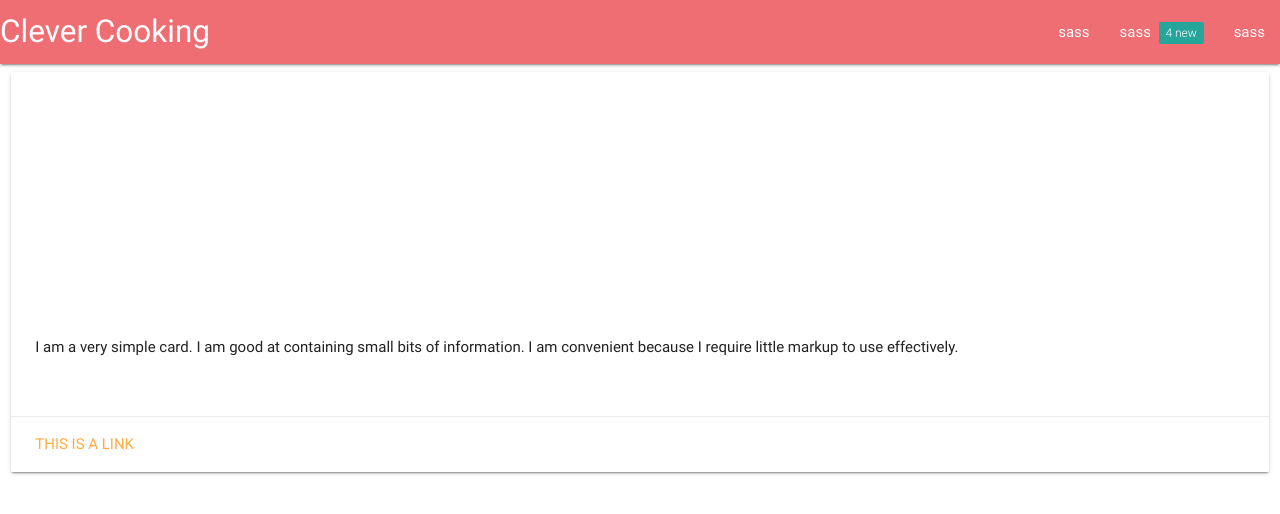
Repository: Code-Institute-Submissions/online-recipe-cookbook
Page: templates/show_recipe.html
The author's editor kept a record of every edit. The page is drawn from the files as they stood at one moment, then again after the next edit.
The browser window is 1280 px wide. The pictures show the whole page.
Some web libraries are served in a nearby version. The page is served by the project's application, run on Flask 3 (app.py). The template is opened directly, without the code that normally fills it, so the values that code supplies are empty.

Above is the page before.

After the next edit:
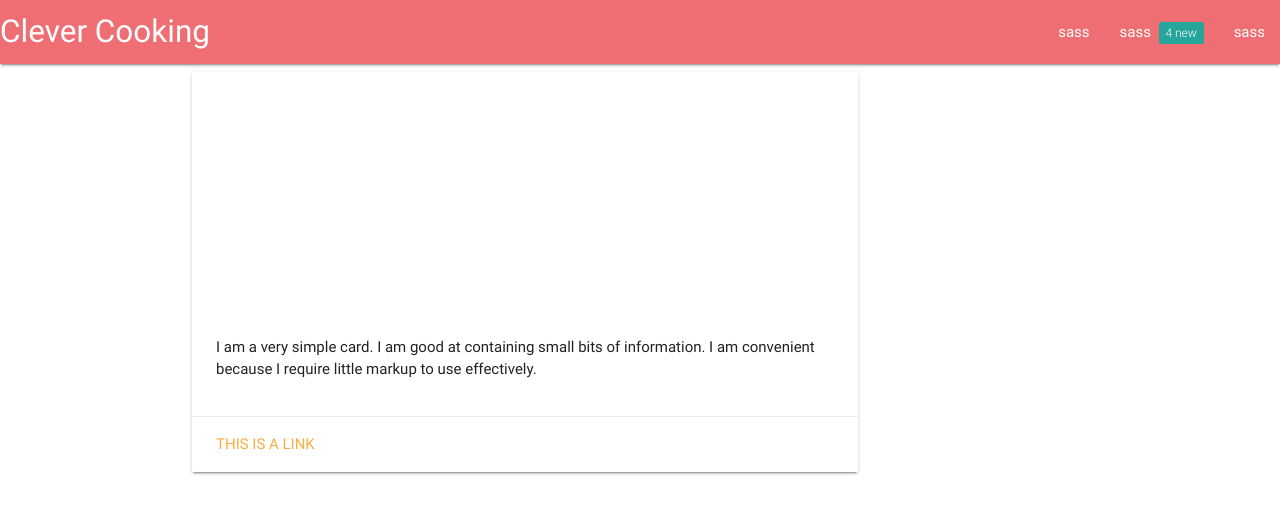
The edit:
--- a/templates/show_recipe.html
+++ b/templates/show_recipe.html
@@ -6,9 +6,9 @@
 
     </head>
     <body>
-       <div id="container">
-            <div class="row">
-    <div class="col s12 m12">
+       <div class="container">
+    <div class="row">
+    <div class="col s9 m9 centre-align">
       <div class="card medium">
         <div class="card-image" style="height: 300px">
           <img src="{{recipe.image_link}}">
